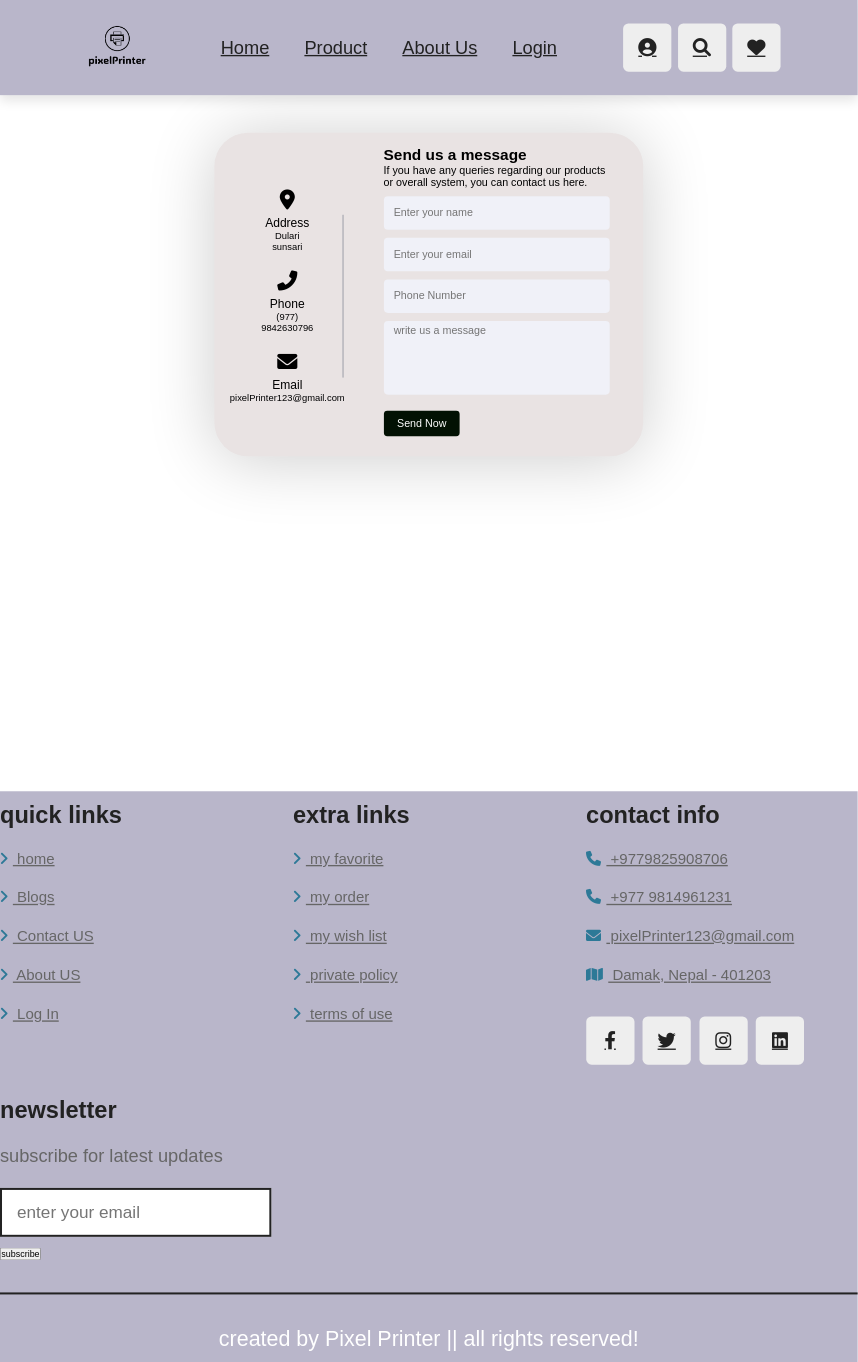
Repository: kritikakittu06/Ecommerce
Page: http://localhost/PixlePrinter/pages/Contact.jsp
These files come from the project's save history. The page is drawn as it stood at one moment and after the next save; the edit follows.
The browser window is 1280 px wide. The pictures show the whole page, at 67% of full size.
The page is served by Tomcat 9. Other server files are loaded and not shown.

Above is the page before, as saved 2024-04-15 10:03:33.

### PixlePrinter/src/main/webapp/pages/Contact.jsp
<%@ page language="java" contentType="text/html; charset=ISO-8859-1"
	pageEncoding="ISO-8859-1"%>
<%@ page import="utilities.Utilities"%>
<!DOCTYPE html>
<html lang="en">
<head>
<meta charset="UTF-8">
<meta http-equiv="X-UA-Compatible" content="IE=edge">
<meta name="viewport" content="width=device-width, initial-scale=1.0">
<title>Contact Us</title>
<link rel="stylesheet"
	href="https://cdnjs.cloudflare.com/ajax/libs/font-awesome/6.0.0-beta3/css/all.min.css">
<link rel="stylesheet"
	href="${pageContext.request.contextPath}/css/Contact.css" />
</head>
<body>
	<section id="header" class="header">
		<a href="#"><img
			src="${pageContext.request.contextPath}/Images/logo.png" class="logo"
			style="width: 120px; height: auto;"></a>
		<nav class="navbar">
			<a class="active"
				href="${pageContext.request.contextPath}/pages/Index.jsp">Home</a> <a
				href="${pageContext.request.contextPath}/pages/product.jsp">Product</a>
			<a href="${pageContext.request.contextPath}/pages/Contact.jsp">About
				Us</a> <a href="${pageContext.request.contextPath}/Login.jsp">Login</a>
		</nav>
		<div class="icons">
			<div id="menu-btn" class="fas fa-bars"></div>
			<a href="#" class="fas fa-user-circle"></a> <a href="#"
				class="fas fa-search"></a> <a href="#" class="fas fa-heart"></a>
		</div>
	</section>
	<br>
	<br>
	<div class="message-from-backend">
		<% if (session.getAttribute(Utilities.Successfully_Stored_Message) != null) { %>
		<div class="alert alert-success" role="alert">
			<%= session.getAttribute(Utilities.Successfully_Stored_Message) %>
		</div>
		<% } else if (request.getAttribute(Utilities.ERROR_MESSAGE) != null) {
                  if (request.getAttribute(Utilities.ERROR_MESSAGE).equals(Utilities.INCORRECT_FORM_DATA_MESSAGE)) { %>
		<div class="alert alert-danger" role="alert">
			<%= request.getAttribute(Utilities.ERROR_MESSAGE) %>
		</div>
		<%   } else if (request.getAttribute(Utilities.ERROR_MESSAGE).equals(Utilities.SERVER_ERROR_MESSAGE)) { %>
		<div class="alert alert-danger" role="alert">
			<%= request.getAttribute(Utilities.ERROR_MESSAGE) %>
		</div>
		<%   }
                  } %>
	</div>
	<div class="container">
		<div class="content">
			<div class="left">
				<!-- Address Details -->
				<div class="address details">
					<i class="fas fa-map-marker-alt"></i>
					<div class="topic">Address</div>
					<div class="text-one">Dulari</div>
					<div class="text-two">sunsari</div>
				</div>
				<!-- Phone Details -->
				<div class="phone details">
					<i class="fas fa-phone-alt"></i>
					<div class="topic">Phone</div>
					<div class="text-one">(977) 9842630796</div>
				</div>
				<!-- Email Details -->
				<div class="email details">
					<i class="fas fa-envelope"></i>
					<div class="topic">Email</div>
					<div class="text-one">pixelPrinter123@gmail.com</div>
				</div>
			</div>
			<br> <br>
			<!-- Contact Form -->
			<div class="right">
				<div class="topic-text">Send us a message</div>
				<p >If you have any queries regarding our products or overall
					system, you can contact us here.</p>
				<form action="${pageContext.request.contextPath}/StoreContactUsMessage" method="post">
					<div class="input-box">
						<input name="name" type="text" id="name"
							placeholder="Enter your name" required>
					</div>
					<div class="input-box">
						<input name="email" type="text" id="email"
							placeholder="Enter your email" required>
					</div>
					<div class="input-box">
						<input type="tel" id="phoneNumber" placeholder="Phone Number"
							name="phone_Num">
					</div>
					<div class="input-box message-box">
						<textarea name="message" id="message"
							placeholder="write us a message" rows="4" cols="50" required></textarea>
					</div>
					<div class="button">
						<button type="submit">Send Now</button>
					</div>
				</form>
			</div>
		</div>
	</div>
	<section class="footer">
		<div class="box-container">
			<div class="box">
				<h3>quick links</h3>
				<a class="link" href="#home"> <i class="fas fa-angle-right"></i>
					home
				</a> <a class="link" href="#about"> <i class="fas fa-angle-right"></i>
					Blogs
				</a> <a class="link" href="#shop"> <i class="fas fa-angle-right"></i>
					Contact US
				</a> <a class="link" href="#gallery"> <i class="fas fa-angle-right"></i>
					About US
				</a> <a class="link" href="#message"> <i class="fas fa-angle-right"></i>
					Log In
				</a>
			</div>
			<div class="box">
				<h3>extra links</h3>
				<a class="link" href="#"> <i class="fas fa-angle-right"></i> my
					favorite
				</a> <a class="link" href="#"> <i class="fas fa-angle-right"></i> my
					order
				</a> <a class="link" href="#"> <i class="fas fa-angle-right"></i> my
					wish list
				</a> <a class="link" href="#"> <i class="fas fa-angle-right"></i>
					private policy
				</a> <a class="link" href="#"> <i class="fas fa-angle-right"></i>
					terms of use
				</a>
			</div>
			<div class="box">
				<h3>contact info</h3>
				<a class="link" href="#"> <i class="fas fa-phone"></i> +9779825908706
				</a> <a class="link" href="#"> <i class="fas fa-phone"></i> +977 9814961231
				</a> <a class="link" href="#"> <i class="fas fa-envelope"></i>
					pixelPrinter123@gmail.com
				</a> <a class="link" href="#"> <i class="fas fa-map"></i> Damak, Nepal - 401203
				</a>
				<div class="share">
					<a href="#" class="fab fa-facebook-f"></a> <a href="#"
						class="fab fa-twitter"></a> <a href="#" class="fab fa-instagram"></a>
					<a href="#" class="fab fa-linkedin"></a>
				</div>
			</div>
			<div class="box">
				<h3>newsletter</h3>
				<p>subscribe for latest updates</p>
				<form action="">
					<input type="email" name="" placeholder="enter your email" id=""
						class="email"> <input type="submit" value="subscribe"
						class="btn">
				</form>
			</div>
		</div>
		<div class="credit">
			created by <span>Pixel Printer</span> || all rights reserved!
		</div>
	</section>
</body>
</html>

### PixlePrinter/src/main/webapp/css/Contact.css
@charset "ISO-8859-1";
.header{
    position: sticky;
    top: 0;
    left: 0;
    right: 0;
    z-index: 1000;
    box-shadow: 0 0.5rem 1rem rgba(0,0,0,0.1);
    background:#b9b6ca;
    display: flex;
    align-items: center;
    justify-content: space-between;
    padding:1.5rem 9%;
}
.header .logo{
    font-size: 2.5rem;
    color: #222;
    font-weight: bolder;
}
.header .logo i{
    color: #2d709d;
}
.header .navbar a{
    margin: 0 1.5rem;
    font-size: 1.7rem;
    color: #222;
}
.header .navbar a:hover{
    color: #2d7f85;
}
.header .icons div,
.header .icons a{
    height: 4.5rem;
    width:4.5rem;
    line-height: 4.5rem;
    border-radius: .5rem;
    background: #eee;
    font-size: 1.7rem;
    color: #222;
    margin-left: .3rem;
    text-align: center;
    cursor: pointer;
}
.header .icons a:hover,
.header .icons div:hover{
    background: #298f93;
    color: #fff;
}
.header #menu-btn{
    display: none;
}
@import url('https://fonts.googleapis.com/css2?family=Poppins:wght@200;300;400;500;600;700&display=swap');
*{
  margin: 0;
  padding: 0;
  box-sizing: border-box;
  font-family: "Poppins" , sans-serif;
}
.container{
  width: 50%;
  background:#e9e3e3;
  border-radius: 50px;
  padding: 20px 50px 30px 40px;
  box-shadow: 0 5px 100px rgba(0, 0, 0, 0.2);
  margin: 0 auto;
}
.container .content{
  display: flex;
  align-items: center;
  justify-content: space-between;
}
.container .content .left{
  width: 25%;
  height: 100%;
  display: flex;
  flex-direction: column;
  align-items: center;
  justify-content: center;
  margin-top: 15px;
  position: relative;
}
.content .left::before{
  content: '';
  position: absolute;
  height: 70%;
  width: 2px;
  right: -15px;
  top: 50%;
  transform: translateY(-50%);
  background: #afafb6;
}
.content .left .details{
  margin: 14px;
  text-align: center;
}
.content .left .details i{
  font-size: 30px;
  color: black;
  margin-bottom: 10px;
}
.content .left .details .topic{
  font-size: 18px;
  font-weight: 500;
}
.content .left .details .text-one,
.content .left .details .text-two{
  font-size: 14px;
  color: #000002;
}
.container .content .right{
  width: 75%;
  margin-left: 75px;
}
.content .right .topic-text{
  font-size: 23px;
  font-weight: 600;
  color: #000000;
}
.right .input-box{
  height: 50px;
  width: 100%;
  margin: 12px 0;
}
.right .input-box input,
.right .input-box textarea{
  height: 100%;
  width: 100%;
  border: none;
  outline: none;
  font-size: 16px;
  background: #F0F1F8;
  border-radius: 6px;
  padding: 0 15px;
  resize: none;
}
.right .message-box{
  min-height: 110px;
}
.right .input-box textarea{
  padding-top: 6px;
}
.right .button{
  display: inline-block;
  margin-top: 12px;
}
.right .button input[type="button"]{
  color: #fff;
  font-size: 18px;
  outline: none;
  border: none;
  padding: 8px 16px;
  border-radius: 6px;
  background: #000000;
  cursor: pointer;
  transition: all 0.3s ease;
}
.button input[type="button"]:hover{
  background: #760a0a;
}

@media (max-width: 950px) {
  .container{
    width: 90%;
    padding: 30px 40px 40px 35px ;
  }
  .container .content .right{
   width: 75%;
   margin-left: 55px;
}
}
@media (max-width: 820px) {
  .container{
    margin: 40px 0;
    height: 100%;
  }
  .container .content{
    flex-direction: column-reverse;
  }
 .container .content .left{
   width: 100%;
   flex-direction: row;
   margin-top: 40px;
   justify-content: center;
   flex-wrap: wrap;
 }
 .container .content .left::before{
   display: none;
 }
 .container .content .right{
   width: 100%;
   margin-left: 0;
 }
}
.button button {
  background-color: #021103;
  color: white;
  padding: 10px 20px;
  border: none;
  border-radius: 5px;
  cursor: pointer;
  font-size: 16px;
}

.button button:hover {
  background-color: #0e57c4;
}

.footer{
    background:#b9b6ca;
    margin-top: 500px;
}

.footer .box-container{
    display: grid;
    grid-template-columns: repeat(auto-fit, minmax(25rem, 1fr));
    gap:2rem;
}
.footer .box-container .box h3{
    font-size: 2.2rem;
    color: #222;
    padding:1rem 0;
}
.footer .box-container .box .link{
    padding:1rem 0;
    font-size: 1.4rem;
    color: #666;
    display:block;
}
.footer .box-container .box .link i{
    padding-right: .5rem;
    color: #2d7997;
}
.footer .box-container .box .link:hover{
    color: #308b87;
}
.footer .box-container .box .link:hover i{
    padding-right: 2rem;
}
.footer .box-container .box .share{
    margin-top: 2rem;
}
.footer .box-container .box .share a{
    height:4.5rem;
    width:4.5rem;
    line-height: 4.5rem;
    font-size: 1.7rem;
    border-radius: .5rem;
    background: #eee;
    text-align: center;
    color: #222;
    margin-right: .5rem;
}
.footer .box-container .box .share a:hover{
    color: #fff;
    background: #2f8997;
}
.footer .box-container .box p{
    padding: 1rem 0;
    font-size: 1.7rem;
    color: #666;
}
.footer .box-container .box form .email{
    border:0.2rem solid #222;
    width: 100%;
    padding:1.2rem 1.4rem;
    text-transform: none;
    color: #666;
    margin: 1rem 0;
    font-size: 1.6rem;
}
.footer .credit{
    text-align: center;
    padding: 1rem;
    padding-top:3rem;
    margin-top: 3rem;
    font-size: 2rem;
    border-top: 0.2rem solid #222;
    color: #fff;
}
.footer .credit span{
   color: #333;
}


.message-from-backend {
  margin-top: 20px;
}

.message-from-backend .alert {
  padding: 10px;
  margin-bottom: 10px;
  border-radius: 5px;
}

.message-from-backend .alert-success {
  color: #155724;
  background-color: #d4edda;
  border-color: #c3e6cb;
}

.message-from-backend .alert-danger {
  color: #721c24;
  background-color: #f8d7da;
  border-color: #f5c6cb;
}

After the next save:
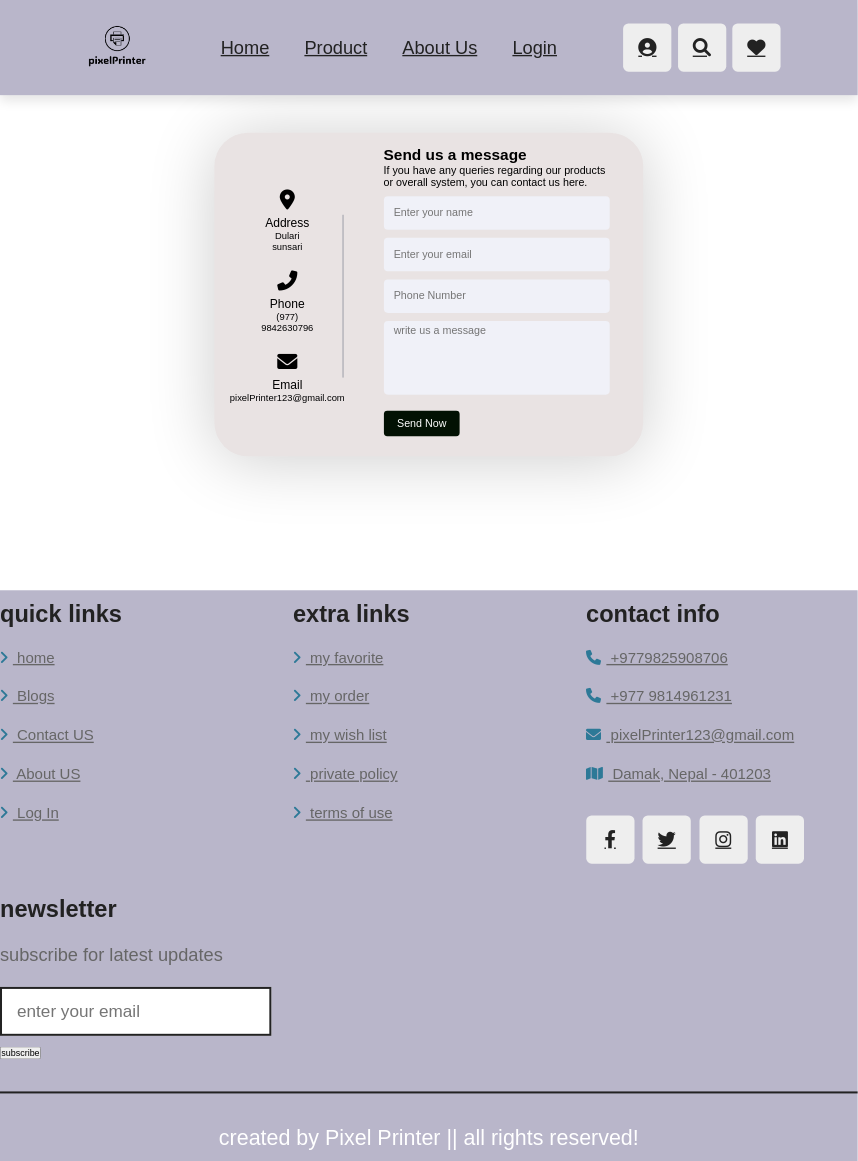
Saved 2 min 1 s later.
--- a/PixlePrinter/src/main/webapp/css/Contact.css
+++ b/PixlePrinter/src/main/webapp/css/Contact.css
@@ -207,7 +207,7 @@
 
 .footer{
     background:#b9b6ca;
-    margin-top: 500px;
+    margin-top: 200px;
 }
 
 .footer .box-container{
